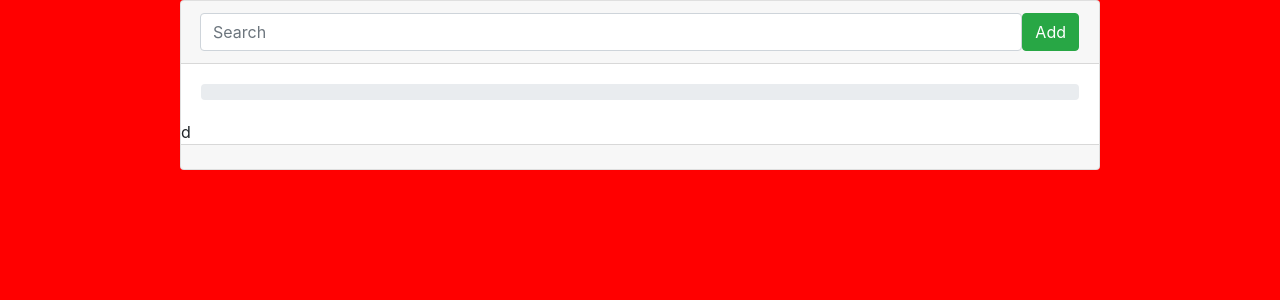
Repository: surefaceJS/allMyWorkInaliLinux
Page: class-35/index.html
These files come from the project's save history. The page is drawn as it stood at one moment and after the next save; the edit follows.
The browser window is 1280 px wide. The pictures show the whole page.

Above is the page before, as saved 2021-04-18 09:29:32.

After the next save:
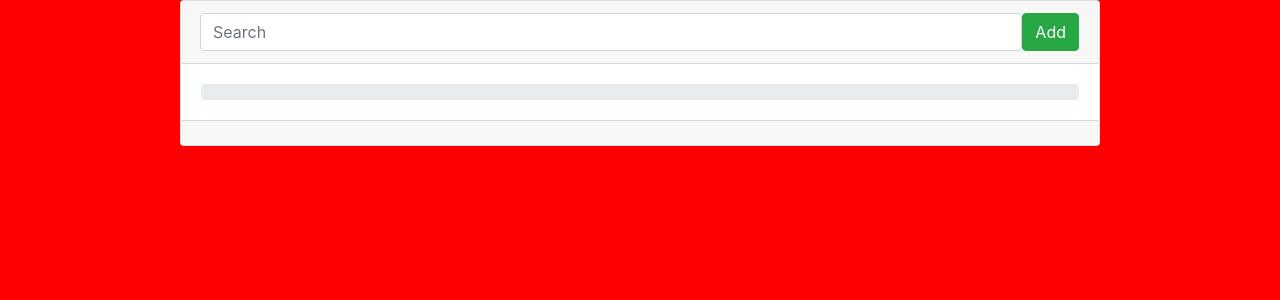
Saved 4 s later.
--- a/class-35/index.html
+++ b/class-35/index.html
@@ -23,22 +23,22 @@
 
                         <div class="input-group-append">
                             <input type="text" class="form-control" placeholder="Search" id="inputSearch">
-                            <button class="btn btn-success" type="submit" id="Add" onclick="Addcards()">Add</button>
+                            <button class="btn btn-success" type="submit" id="Add" onclick=Addcards() ">Add</button>
                         </div>
                     </div>
-                    <div class="card-body">
-                        <div class="progress">
-                            <div class="progress-bar" id="progress" style="width:0%"></div>
+                    <div class="card-body ">
+                        <div class="progress ">
+                            <div class="progress-bar " id="progress " style="width:0% "></div>
                         </div>
                     </div>
-                    d
-                    <div class="card-footer">
-                        <div class="row">
-                            <div class="col-5">
-                                <div id="result1"></div>
+
+                    <div class="card-footer ">
+                        <div class="row ">
+                            <div class="col-5 ">
+                                <div id="result1 "></div>
                             </div>
-                            <div class="col-5">
-                                <div id="result2"></div>
+                            <div class="col-5 ">
+                                <div id="result2 "></div>
                             </div>
                         </div>
                     </div>
@@ -50,10 +50,10 @@
     </div>
 
 
-    <script src="js/jquery-3.3.1.slim.min.js"></script>
-    <script src="js/popper.min.js"></script>
-    <script src="js/bootstrap.js"></script>
-    <script src="js/app.js"></script>
+    <script src="js/jquery-3.3.1.slim.min.js "></script>
+    <script src="js/popper.min.js "></script>
+    <script src="js/bootstrap.js "></script>
+    <script src="js/app.js "></script>
 </body>
 
 </html>
